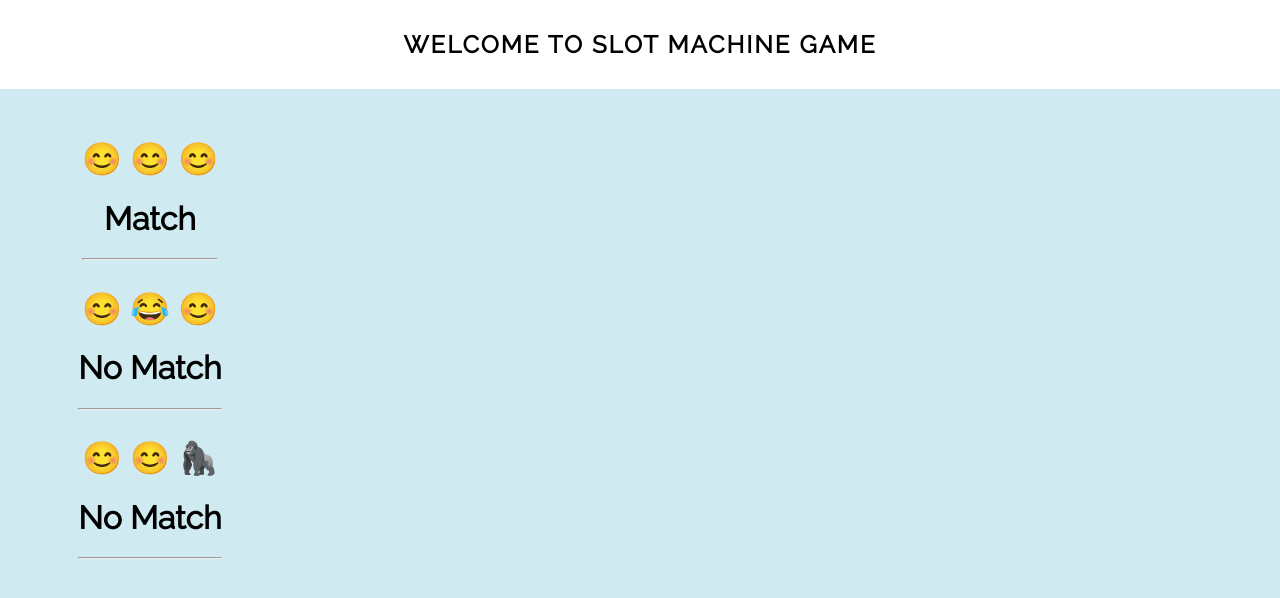
Repository: duggallakshya/slotMachineReact
Page: /
An editor plug-in stored every save of this project. The page is shown before and after a run of saves, followed by the edit.
The browser window is 1280 px wide. The pictures show the whole page.
The project was rebuilt for these pictures with package versions that can differ from the ones it lists, and the page was loaded fresh each time.

Above is the page before, as saved 2022-03-23 00:32:32.

### src/index.js
import React from 'react';
import ReactDOM from 'react-dom';
import './index.css';
import App from './App';

ReactDOM.render(
  <App />,
  document.getElementById('root')
)

### src/index.css
@import url('https://fonts.googleapis.com/css2?family=Raleway&display=swap');
body{
  background-color: rgb(207, 235, 241);
  margin: 0;
  padding: 0;

}

.heading-style{
  padding: 30px 0;
  margin-top: 0px;
  text-align: center;
  font-family:'Raleway', sans-serif;
  text-transform: uppercase;
  font-size: 13px;
  letter-spacing: 2px;
  font-weight: 500;
  background-color: #fff;
  font-size: 1.5rem;
  margin-bottom: 30px;
  font-weight: bold;
}

.slot-inner{
  text-align: center;
  font-family: 'Raleway', sans-serif ;
}
.main-div{
  display: flex;
  flex-direction: column;
  height: auto;
  width: 300px;
  justify-content: center;
  align-items: center;
}

### src/App.jsx
import React from 'react';
import SlotMachine from './SlotMachine';

const App = () => {
    return(
        <>
            <h1 className="heading-style"> Welcome to Slot machine game </h1>
            <div className="main-div">
                <SlotMachine x ='😊' y ='😊' z ='😊'/>
                <SlotMachine x ='😊' y ='😂' z ='😊'/>
                <SlotMachine x ='😊' y ='😊' z ='🦍'/>
            </div>
        </>
    )
}

export default App;

### src/SlotMachine.jsx
import React from 'react';

const SlotMachine = (props) => {
    if(props.x===props.y && props.y==props.z){
        return (
            <>
                <div className="slot-inner">

                    <h1> {props.x} {props.y} {props.z} </h1>
                    <h1> Match </h1>
                    <hr/>

                </div>
            </>
        )
    }
    else{
        return (
            <>
                <div className="slot-inner">

                    <h1> {props.x} {props.y} {props.z} </h1>
                    <h1> No Match </h1>
                    <hr/>

                </div>
            </>
        )
    }
}

export default SlotMachine;

Loaded but not shown: public/index.html (common file)

After the next 3 saves:
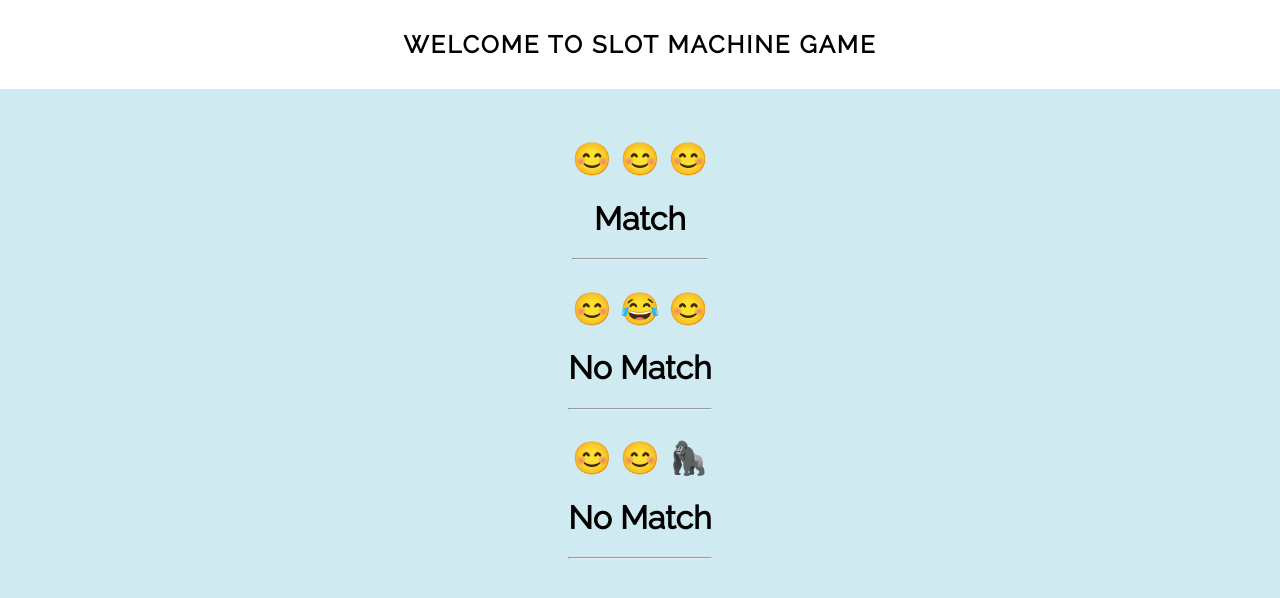
The 3 saves are shown as one change because they came seconds apart.
The last was saved 20 s later.
--- a/src/index.css
+++ b/src/index.css
@@ -29,7 +29,6 @@ body{
   display: flex;
   flex-direction: column;
   height: auto;
-  width: 300px;
   justify-content: center;
   align-items: center;
 }
